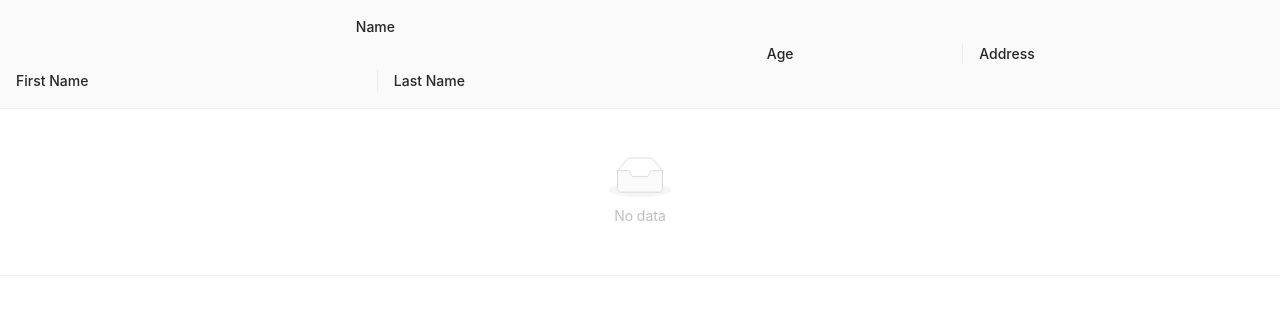
Repository: haminhdat1407/react-api-student
Page: /
These files come from the project's save history. The page is drawn as it stood at one moment and after a run of saves; the edit follows.
The browser window is 1280 px wide. The pictures show the whole page.
The page's requests for data from a server got no answer. The project was rebuilt for these pictures with package versions that can differ from the ones it lists, and the page was loaded fresh each time. No one was signed in, and anything a server would have sent is missing. Also part of the build but not shown: src/components/StudentList/style.css, src/styles.css.

Above is the page before, as saved 2022-03-12 19:15:55.

After the next 2 saves:
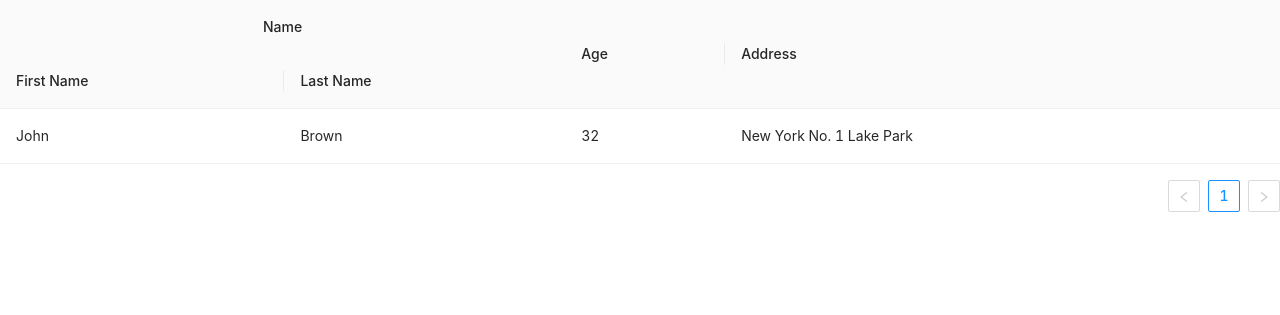
The 2 saves are shown as one change because 1 did not build or start.
The last was saved 45 s later.
--- a/src/components/StudentList/index.jsx
+++ b/src/components/StudentList/index.jsx
@@ -29,7 +29,7 @@ function StudentList({ data, onRemove }) {
   };
 
   return (
-    <Table dataSource={data}>
+    <Table dataSource={dataStudents}>
       <ColumnGroup title='Name'>
         <Column title='First Name' dataIndex='firstName' key='firstName' />
         <Column title='Last Name' dataIndex='lastName' key='lastName' />
